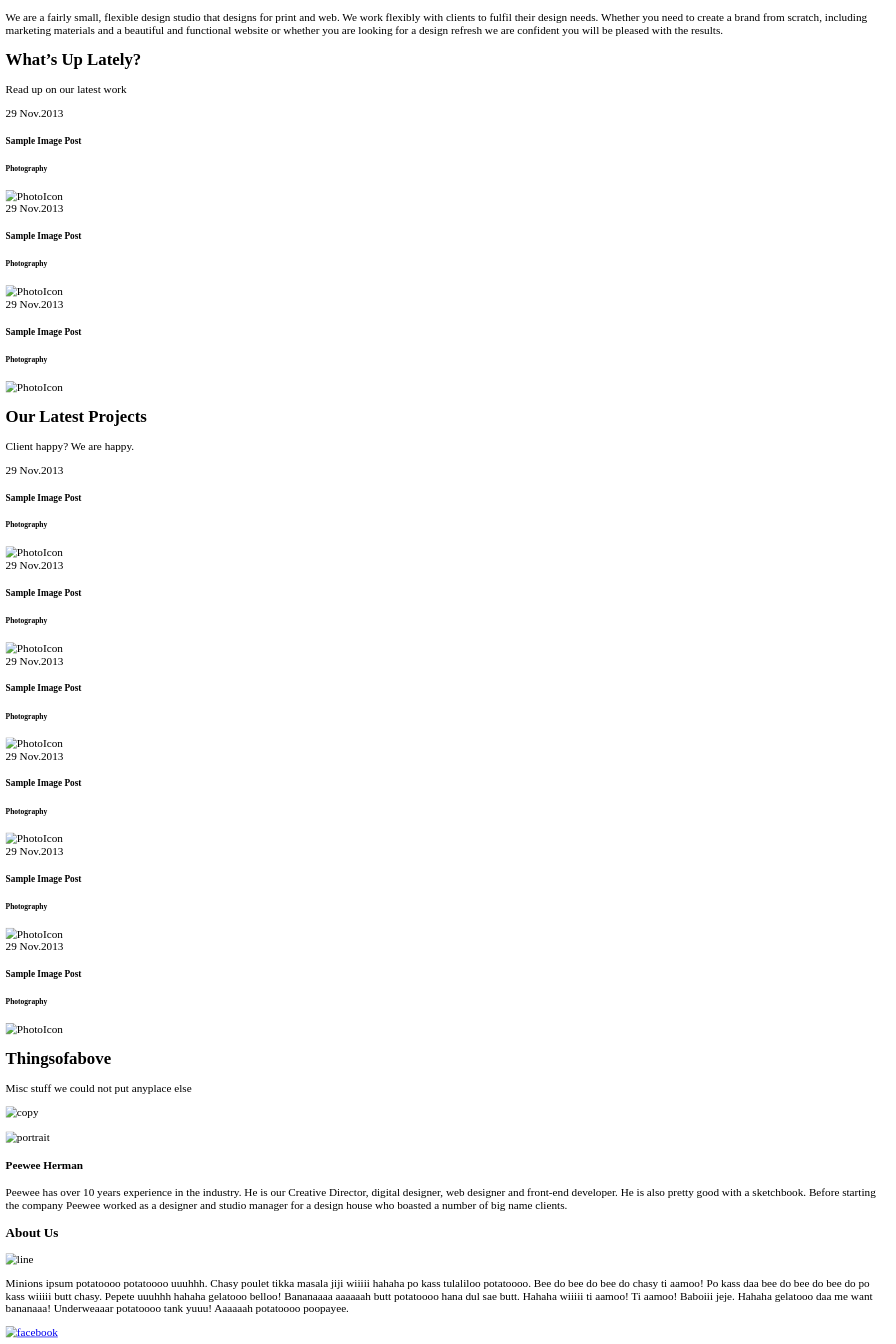
Repository: NelsonLiz/LAB_03---Project_1
Page: index.html
An editor plug-in stored every save of this project. The page is shown before and after the next save, followed by the edit.
The browser window is 1280 px wide. The pictures show the part of the page from y = 689 to 2609 px (the page is 2609 px tall), at 70% of full size.

Above is the page before, as saved 2022-01-25 10:36:07.

After the next save:
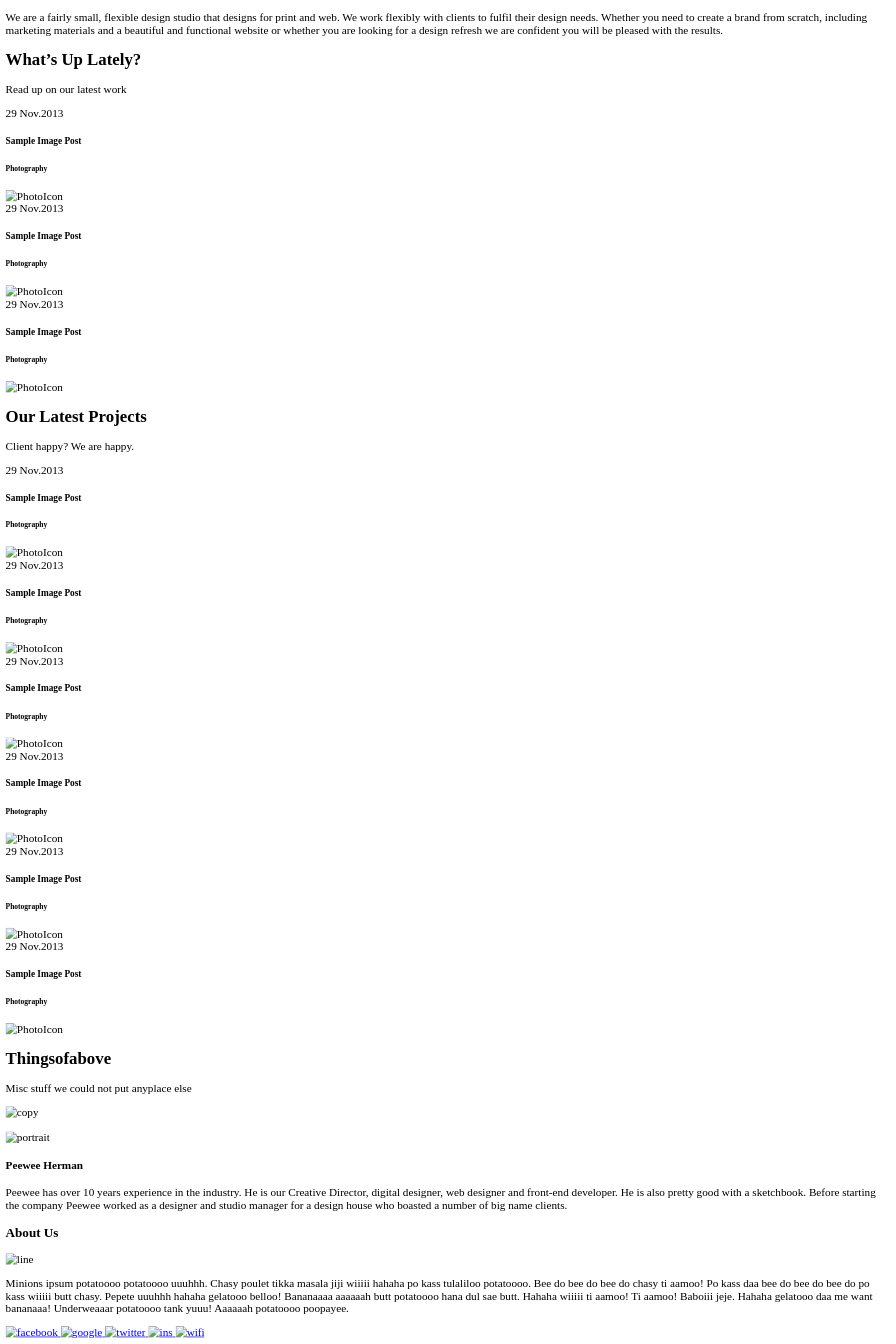
Saved 84 s later.
--- a/index.html
+++ b/index.html
@@ -161,6 +161,18 @@ It sports a responsive layout with a mobile layout.</h2>
                     <a href="#facebook">
                         <img src="" alt="facebook">
                     </a>
+                    <a href="#google">
+                        <img src="" alt="google">
+                    </a>
+                    <a href="#twitter">
+                        <img src="" alt="twitter">
+                    </a>
+                    <a href="#ins">
+                        <img src="" alt="ins">
+                    </a>
+                    <a href="#wifi">
+                        <img src="" alt="wifi">
+                    </a>
                 </div>
             </span>
             <span class="flickr"></span>
